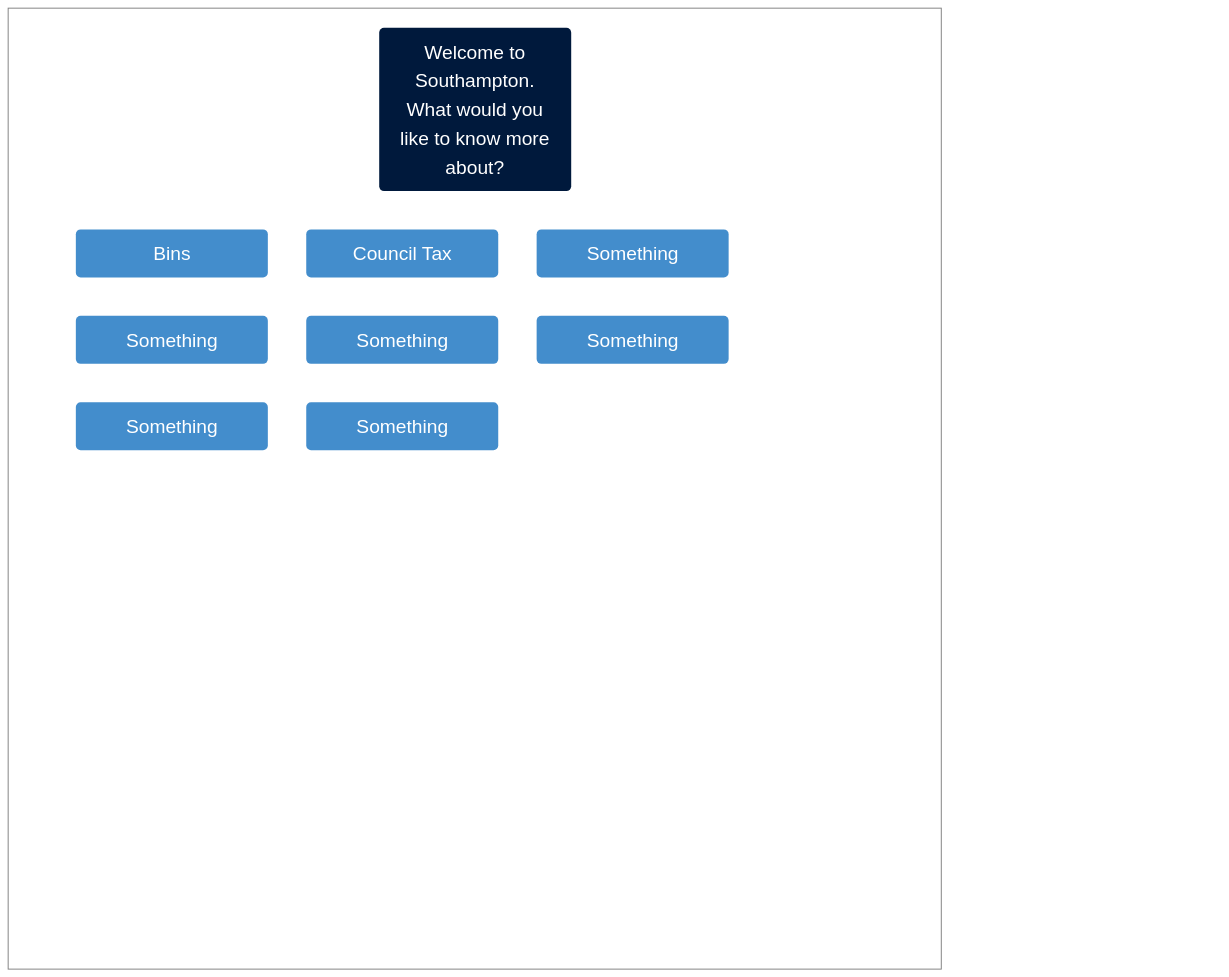
Repository: Domehead123/test
Page: index.html
The author's editor kept a record of every edit. The page is drawn from the files as they stood at one moment, then again after the next edit.
The browser window is 1280 px wide. The pictures show the whole page, at 96% of full size.

Above is the page before.

After the next edit:
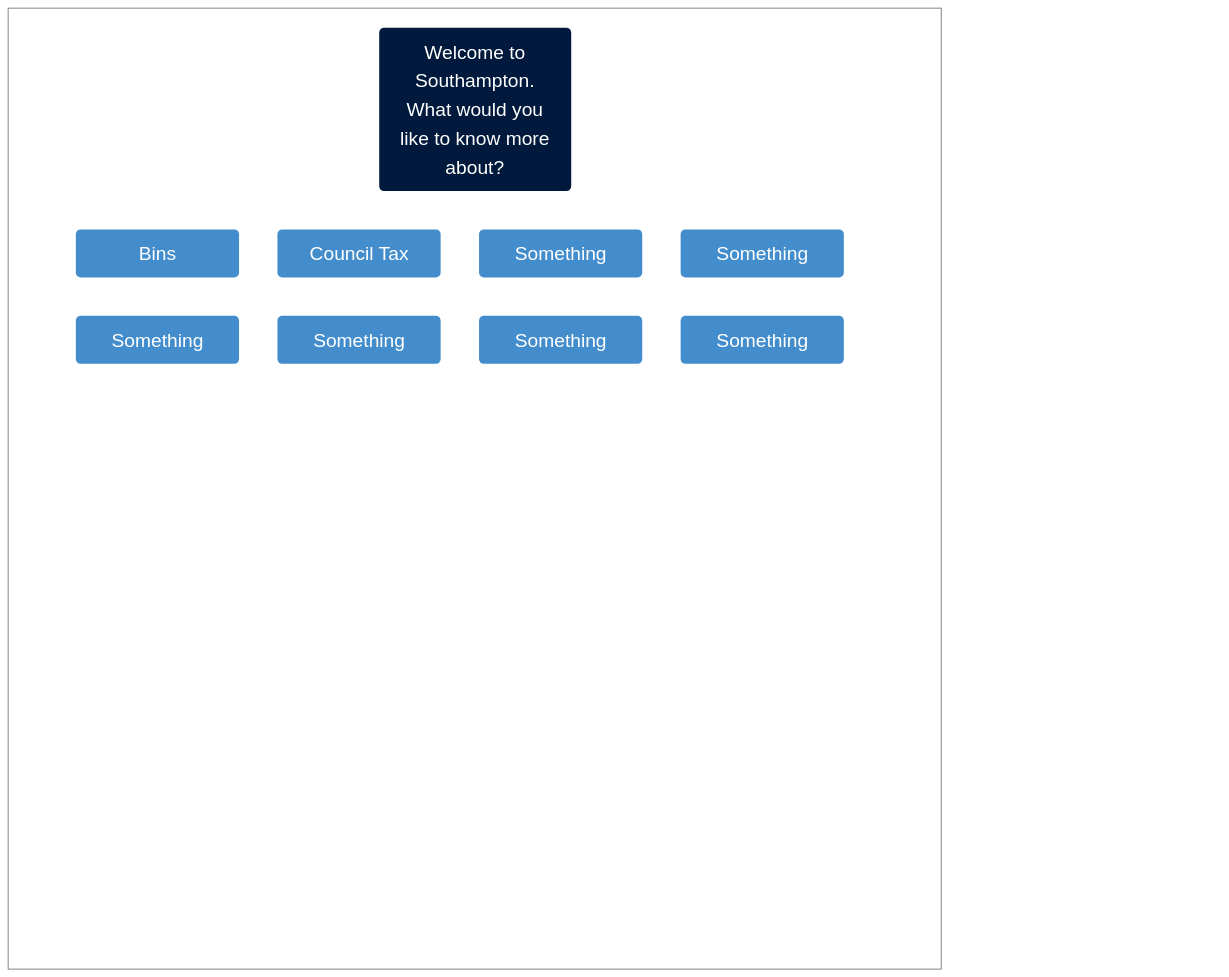
The edit:
--- a/assets/style.css
+++ b/assets/style.css
@@ -29,7 +29,7 @@
 }
 
 .bottom-box {
-    width: 200px;
+    width: 170px;
         background: #438dcc;
     color: #fff;
     border-radius: 5px;
